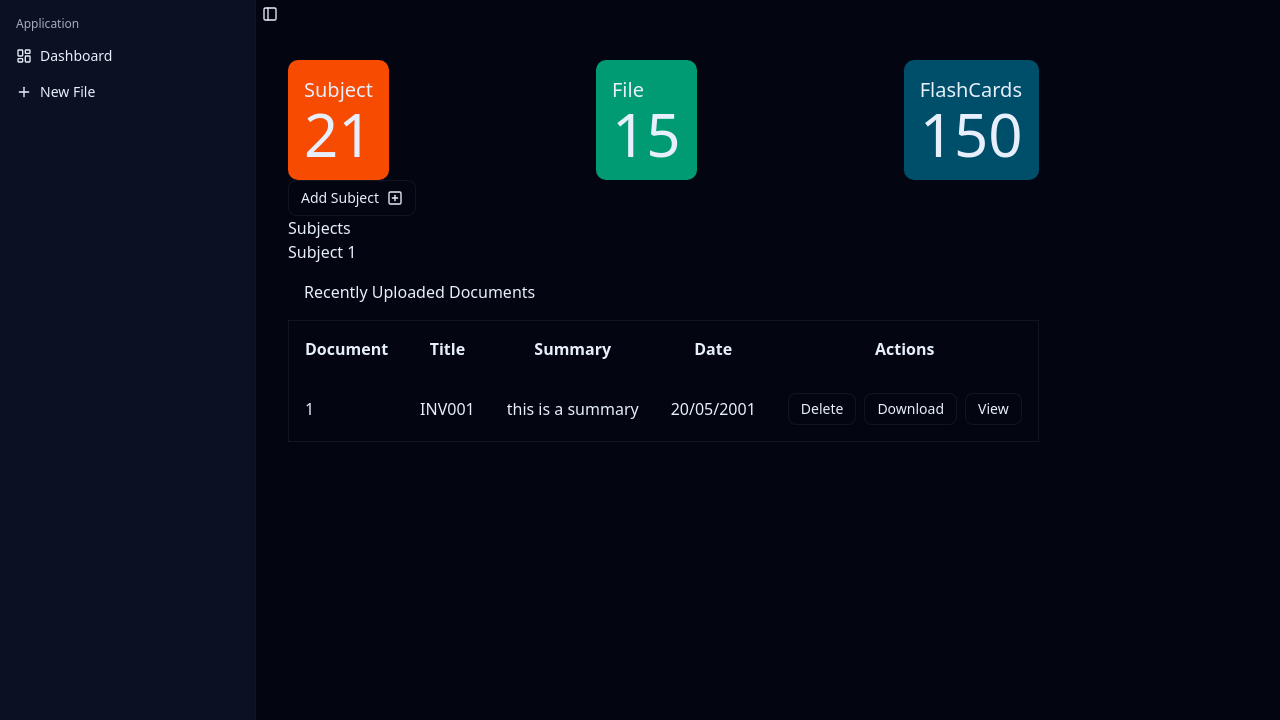
Repository: SywarDer/Student-Assistance
Page: /dashboard (app in student-assistant/)
These files come from the project's save history. The page is drawn as it stood at one moment and after a run of saves; the edit follows.
The browser window is 1280 px wide. The pictures show the whole page.
The project was rebuilt for these pictures with package versions that can differ from the ones it lists, and the page was loaded fresh each time. The framework's server and built-in components were replaced by stand-ins that run in the browser. Also part of the build but not shown: student-assistant/next.config.ts, student-assistant/components/ui/input.tsx, student-assistant/components/ui/separator.tsx, student-assistant/components/ui/skeleton.tsx. Imported but missing from the stored project, and not drawn on this page: student-assistant/components/ui/sheet.

Above is the page before, as saved 2025-10-30 20:37:58.

After the next 3 saves:
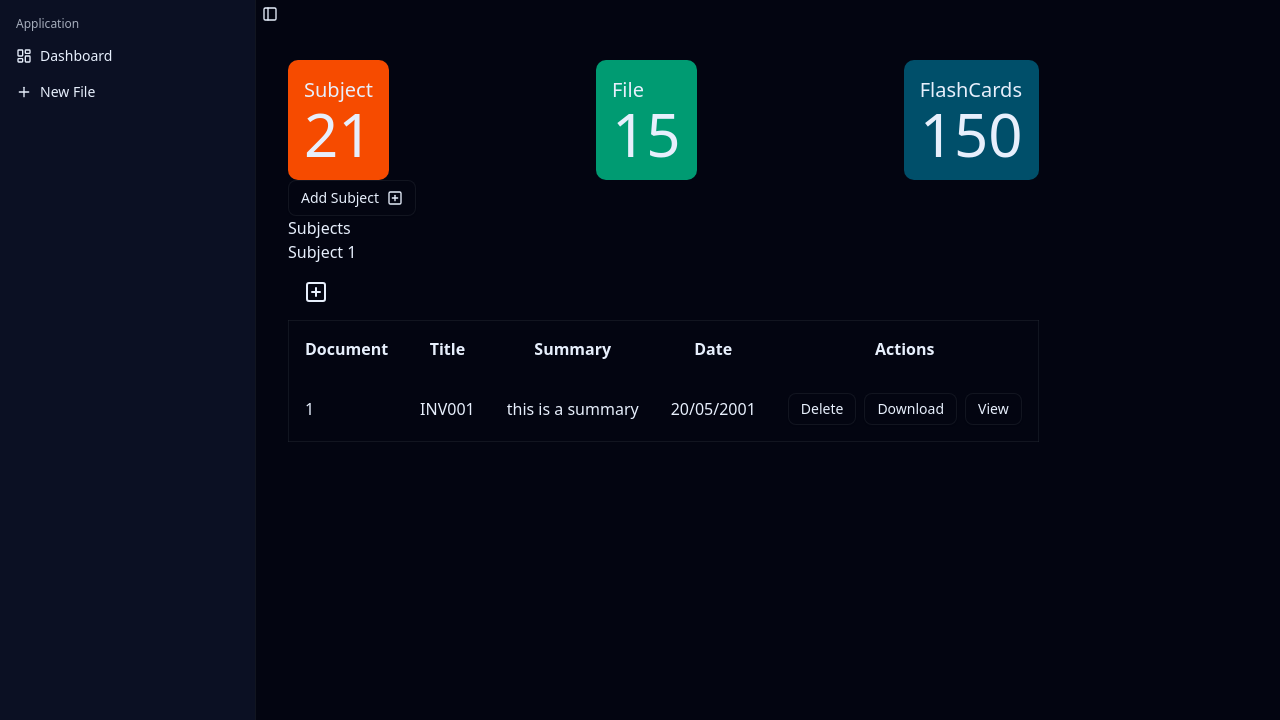
The 3 saves are shown as one change because 1 did not build or start and some came seconds apart.
The last was saved 23 s later.
--- a/student-assistant/app/dashboard/page.tsx
+++ b/student-assistant/app/dashboard/page.tsx
@@ -89,7 +89,7 @@ export default function Dashboard() {
 
             <h1>Subject 1</h1>
             <table className="min-w-full border">
-                <caption className="text-left font-medium p-4">Recently Uploaded Documents</caption>
+                <caption className="text-left font-medium p-4"><PlusSquare/></caption>
                 <thead className="gap-4">
                     <tr>
                         <th className="p-4">Document</th>
